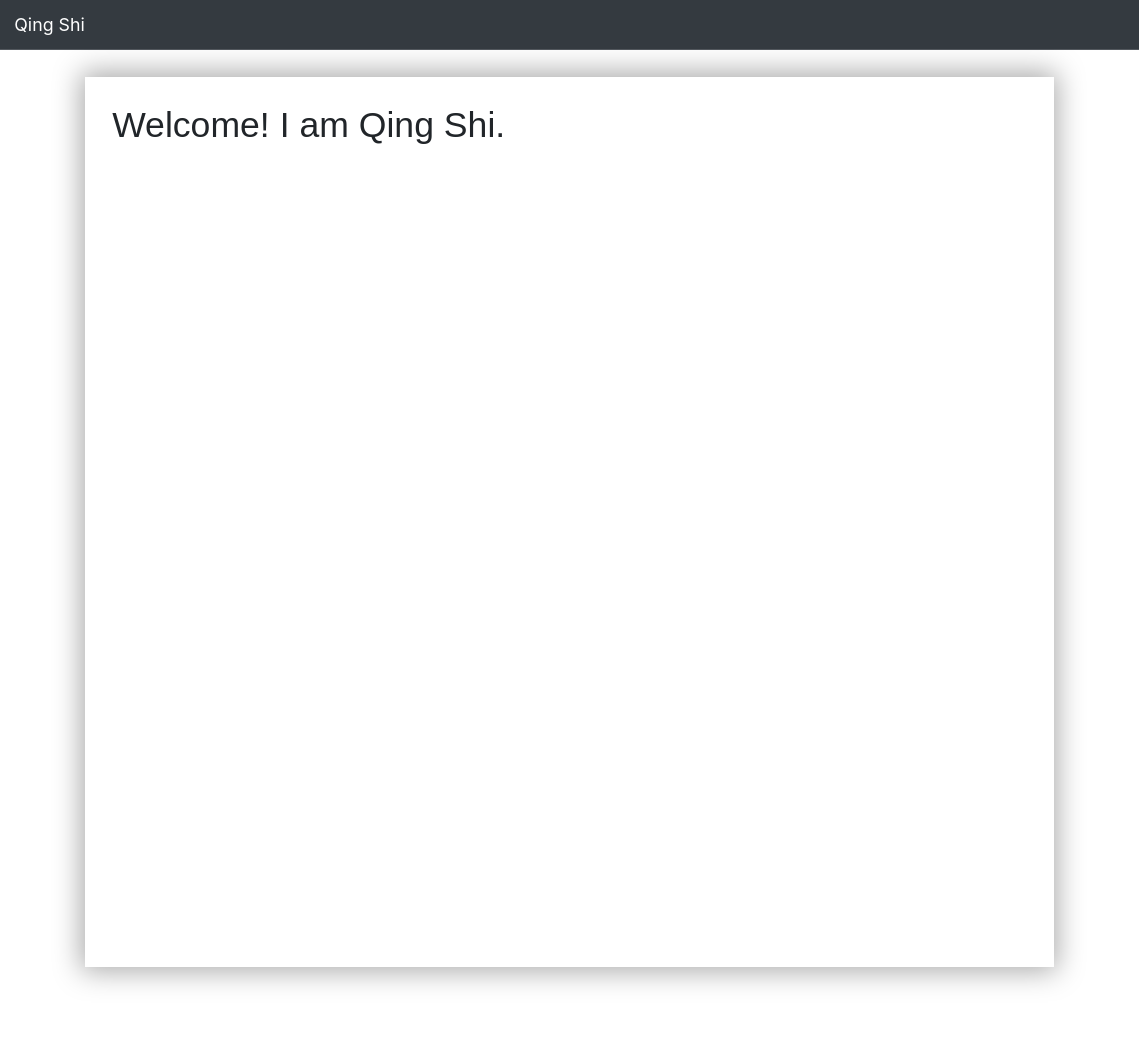
Repository: sqsssq/webpage
Page: index.html
The author's editor kept a copy of each file at every save. The page is drawn from the files as they stood at one save, then again after the next save.
The browser window is 1280 px wide. The pictures show the whole page, at 89% of full size.
Some web libraries are served in a nearby version.

Above is the page before, as saved 2022-03-27 23:42:14.

After the next save:
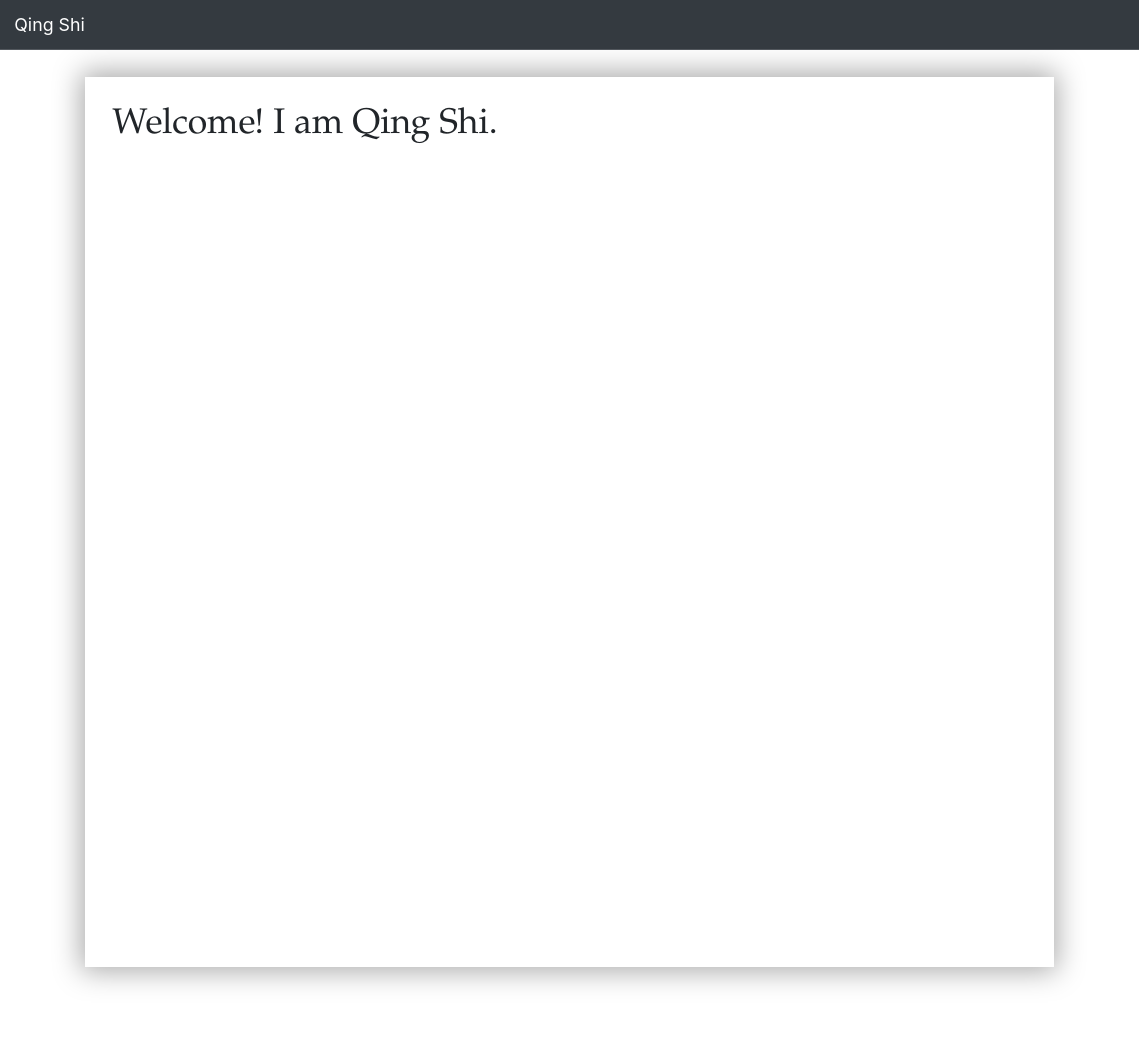
Saved 4 min 18 s later.
--- a/css/index.css
+++ b/css/index.css
@@ -27,7 +27,7 @@
 
 #titleFont {
     /* Garamond */
-    font-family: Arial, Helvetica, sans-serif;
+    font-family: Garamond;
 }
 
 /*chrome--------------------------------------------start*/
